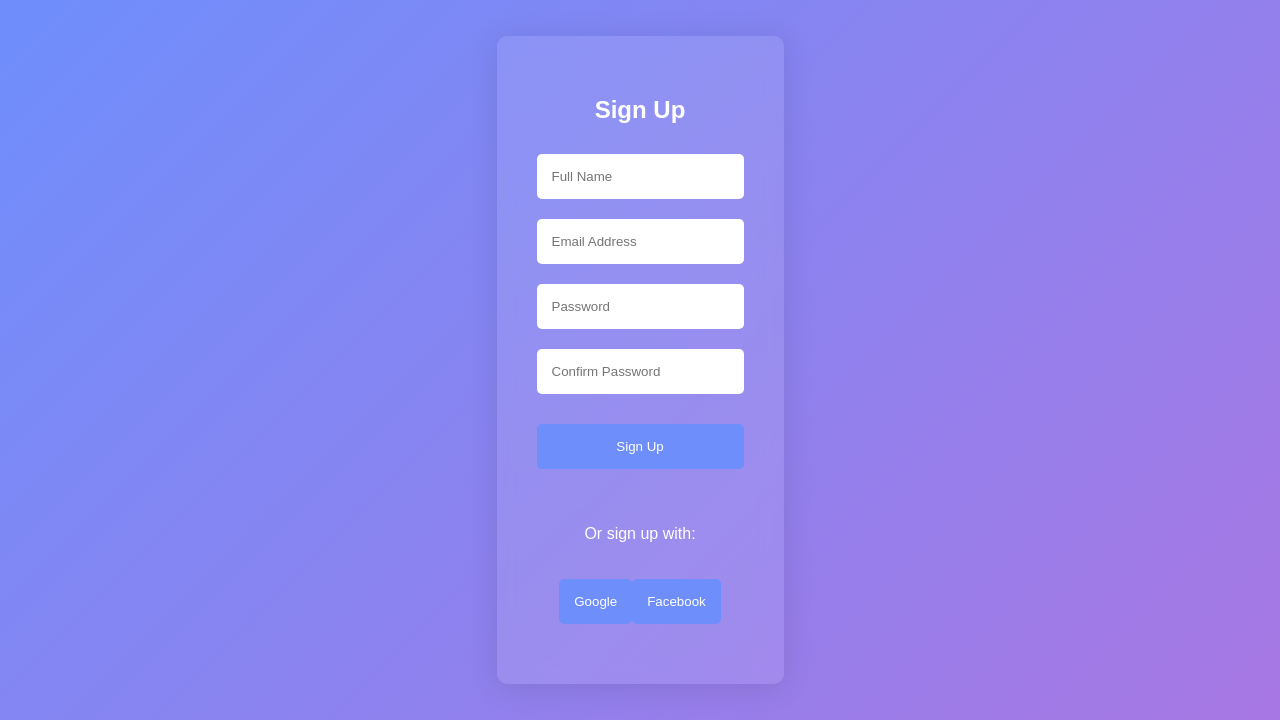
Repository: KabilanCoding/project-nexus
Page: /signup
The author's editor kept a copy of each file at every save. The page is drawn from the files as they stood at one save, then again after the next save.
The browser window is 1280 px wide. The pictures show the whole page.
The project was rebuilt for these pictures with package versions that can differ from the ones it lists, and the page was loaded fresh each time. Also part of the build but not shown: src/components/Login.js.

Above is the page before, as saved 2024-08-18 13:37:39.

### src/App.js
import React from 'react';
import { BrowserRouter as Router, Route, Routes } from 'react-router-dom';
import Login from './components/Login';
import Signup from './components/Signup';

function App() {
  return (
    <Router>
      <Routes>
        <Route path="/signup" element={<Signup />} />
        <Route path="/" element={<Login />} />
      </Routes>
    </Router>
  );
}

export default App;

### src/components/Signup.js
import React from 'react';
import './Auth.css';

function Signup() {
  return (
    <div className="auth-container">
      <form className="auth-form">
        <h2>Sign Up</h2>
        <input type="text" placeholder="Full Name" required />
        <input type="email" placeholder="Email Address" required />
        <input type="password" placeholder="Password" required />
        <input type="password" placeholder="Confirm Password" required />
        <button type="submit">Sign Up</button>
        <div className="auth-options">
          <p>Or sign up with:</p>
          <button className="google-signup">Google</button>
          <button className="facebook-signup">Facebook</button>
        </div>
      </form>
    </div>
  );
}

export default Signup;

### src/components/Auth.css
body {
  margin: 0;
  font-family: Arial, sans-serif;
  background: linear-gradient(135deg, #6e8efb, #a777e3);
  height: 100vh;
  display: flex;
  justify-content: center;
  align-items: center;
}

.auth-container {
  background: rgba(255, 255, 255, 0.1);
  backdrop-filter: blur(10px);
  padding: 40px;
  border-radius: 10px;
  box-shadow: 0 4px 30px rgba(0, 0, 0, 0.1);
  text-align: center;
}

.auth-form {
  display: flex;
  flex-direction: column;
}

.auth-form h2 {
  margin-bottom: 20px;
  color: white;
}

.auth-form input {
  padding: 15px;
  margin: 10px 0;
  border: none;
  border-radius: 5px;
  outline: none;
}

.auth-form button {
  padding: 15px;
  margin: 20px 0;
  border: none;
  border-radius: 5px;
  background-color: #6e8efb;
  color: white;
  cursor: pointer;
}

.auth-form button:hover {
  background-color: #5a74d4;
}

.auth-options {
  margin-top: 20px;
  color: white;
}

.google-signup, .facebook-signup {
  margin: 10px;
  padding: 10px;
  border: none;
  border-radius: 5px;
  background-color: white;
  color: #333;
  cursor: pointer;
}

.google-signup {
  background-color: #4285F4;
  color: white;
}

.facebook-signup {
  background-color: #3B5998;
  color: white;
}

@media (max-width: 600px) {
  .auth-container {
    width: 90%;
    padding: 20px;
  }

  .auth-form input, .auth-form button {
    padding: 10px;
  }
}

Loaded but not shown: public/index.html (common file); src/index.js (common file); src/index.css (common file)

After the next save:
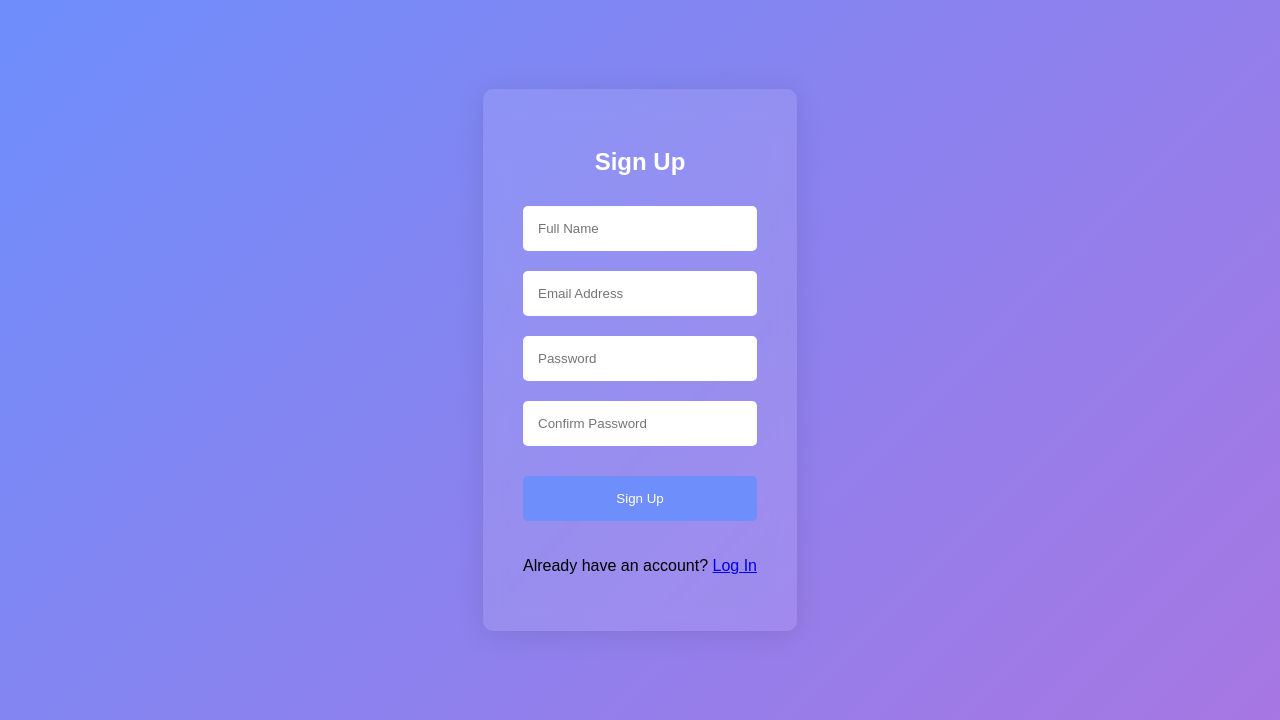
Saved 11 s later.
--- a/src/components/Signup.js
+++ b/src/components/Signup.js
@@ -1,21 +1,26 @@
 import React from 'react';
+import { Link, useNavigate } from 'react-router-dom';
 import './Auth.css';
 
 function Signup() {
+  const navigate = useNavigate();
+
+  const handleSignup = (e) => {
+    e.preventDefault();
+    // Add signup logic here
+    navigate('/'); // Redirect to login after successful signup
+  };
+
   return (
     <div className="auth-container">
-      <form className="auth-form">
+      <form className="auth-form" onSubmit={handleSignup}>
         <h2>Sign Up</h2>
         <input type="text" placeholder="Full Name" required />
         <input type="email" placeholder="Email Address" required />
         <input type="password" placeholder="Password" required />
         <input type="password" placeholder="Confirm Password" required />
         <button type="submit">Sign Up</button>
-        <div className="auth-options">
-          <p>Or sign up with:</p>
-          <button className="google-signup">Google</button>
-          <button className="facebook-signup">Facebook</button>
-        </div>
+        <p>Already have an account? <Link to="/">Log In</Link></p>
       </form>
     </div>
   );
